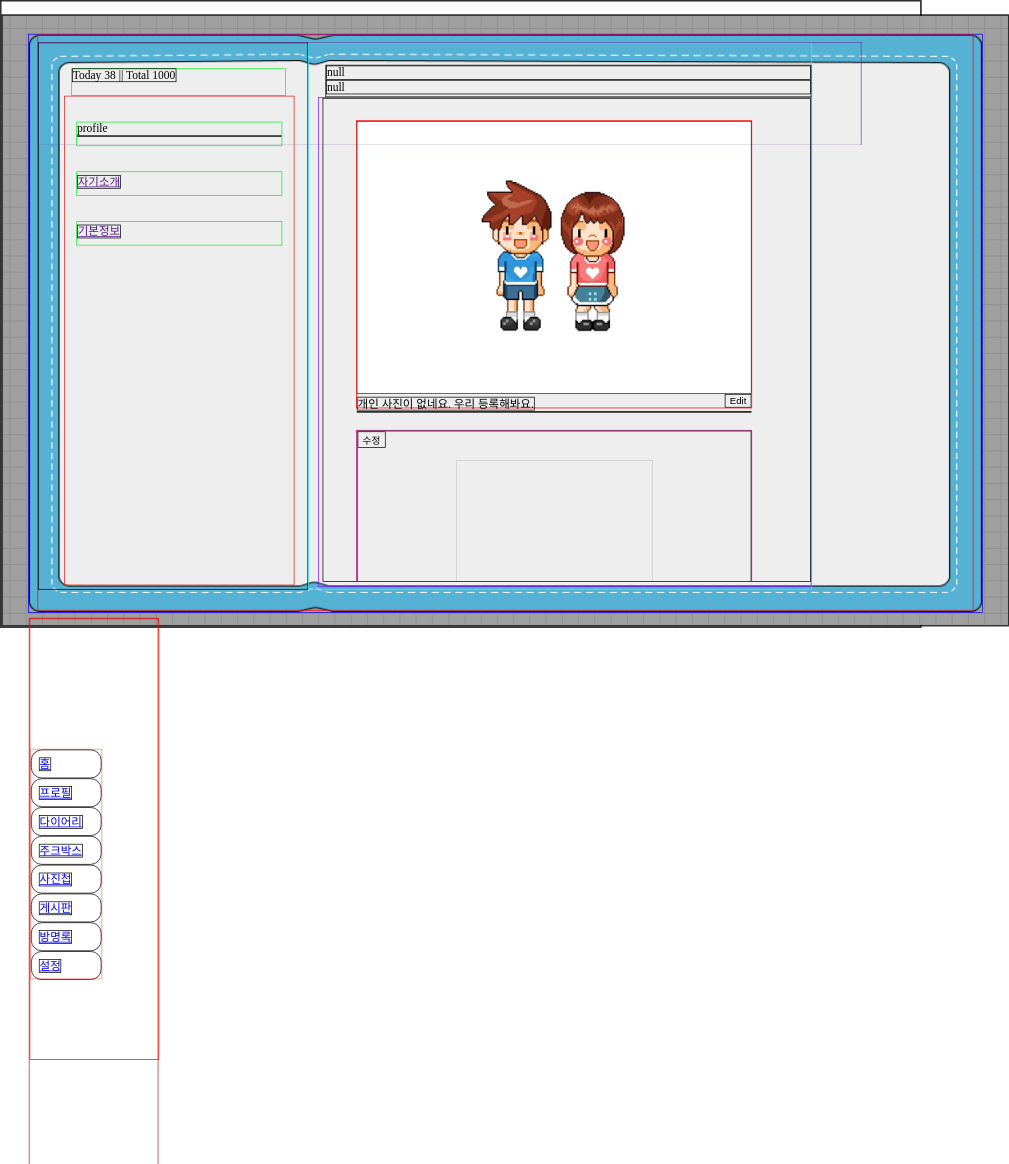
Repository: BBoBBoM/Jsp-workspace
Page: http://localhost/cyworldrenew1/profile.jsp
These files come from the project's save history. The page is drawn as it stood at one moment and after the next save; the edit follows.
The browser window is 1280 px wide. The page is 1401 px wide, so the pictures cover 1401 px, including what lies to the right of the window. The pictures show the whole page, at 72% of full size.
An inner scrolling area shows only its first screen. The page is served by Tomcat 9. Queries for data that is not in the repository find no rows.

Above is the page before, as saved 2023-05-31 07:13:51.
Console error: SyntaxError: Invalid or unexpected token

### cyworldrenew1/src/main/webapp/profile.jsp

<%@ page language="java" contentType="text/html; charset=UTF-8"
	pageEncoding="UTF-8"%>


<%@ page import="java.util.*"%>
<%@ taglib prefix="c" uri="http://java.sun.com/jsp/jstl/core"%>
<%@ taglib prefix="sql" uri="http://java.sun.com/jsp/jstl/sql"%>
<%@ include file="dbconn.jsp"%>



<%
request.setCharacterEncoding("UTF-8");
String user_id = (String) session.getAttribute("sessionId");
PreparedStatement pstmt;
String cyworld_url = null;
String user_mini_subject = null;
String user_miniroom_file = null;
String user_profile_photo = null;
String user_name = "";
String email = "";
String user_hello_word = "";
String user_profile_photo1 = "";
try {
	String sql = "select * from user where user_id=?";
	String sql1 = "select * from profile where user_id=?";
	pstmt = conn.prepareStatement(sql);
	pstmt.setString(1, user_id);
	ResultSet rs = pstmt.executeQuery();
	while (rs.next()) {
		cyworld_url = rs.getString("cyworld_url");
		user_name = rs.getString("user_name");
		email = rs.getString("email");
	}
	pstmt = conn.prepareStatement(sql1);
	pstmt.setString(1, user_id); // user_id 값을 설정해야 합니다.
	ResultSet rs1 = pstmt.executeQuery();
	while (rs1.next()) {
		user_mini_subject = rs1.getString("user_mini_subject");
		user_miniroom_file = rs1.getString("user_miniroom_file");
		user_profile_photo = rs1.getString("user_profile_photo");
		user_profile_photo1 = rs1.getString("user_profile_photo1");
		user_hello_word = rs1.getString("user_hello_word");
	}
} catch (SQLException e) {
	e.printStackTrace();
}
%>
<!DOCTYPE html>
<html>
<head>
<meta charset="UTF-8">
<title>Insert title here</title>
<link href="profile.css" rel="stylesheet" type="text/css" />
</head>



<body>
	<div id="mini_container">
		<div id="mini_background1">
			<div id="mini_background2">
				<div id="all_contentsdiv">
					<div id="left_contentsborderdiv">
						<div id="left_contents_visitrate">
							<label>Today 38 || Total 1000</label>
						</div>
						<div id="profile_contents_div">
							<div id="profile_tag_subject">
								profile
								<hr>
							</div>

							<div id="profile_tag_div1">
								<a href=""> 자기소개</a>
							</div>
							<div id="profile_tag_div2">
								<a href="">기본정보</a>
							</div>
						</div>

					</div>

					<div id="center_contentsdiv">
						<div id="center_subject">
							<p><%=user_mini_subject%></p>
							<p><%=cyworld_url%></p>
						</div>
						<div id="center_contentsdiv1">
							<div id="center_contents">
								<div id="center_profile_img">
									<%
									if (user_profile_photo1 == null || user_profile_photo1.equals("")) {
									%>
									<img id="profileimg1" src="userprofileimg/profile_default.jpg">
									<label>개인 사진이 없네요. 우리 등록해봐요.</label>
									<%
									} else {
									%>
									<img id="profileimg1"
										src="userprofileimg/<%=user_profile_photo1%>">
									<%
									}
									%>

									<form id="formtag" action="add_profileimg1.jsp" method="post"
										enctype="multipart/form-data">
										<button id="edit_button" type="button" onclick="selectFile()">Edit</button>
										<input type="submit" id="edit_input" value="edit"
											style="display: none;"> <input type="file"
											id="fileinput" name="fileinput" style="display: none;">
									</form>

									<script>
											// 파일 선택 창 열기 및 자동 전환
											function selectFile() {
												document.getElementById(
														'fileinput').click();
											}

											// 파일이 선택되었을 때 자동으로 페이지 전환
											document
													.getElementById('fileinput')
													.addEventListener(
															'change',
															function() {
																document
																		.getElementById(
																				'edit_input')
																		.click();
															});
										</script>



								</div>
								<div id="center_profile_content">




									<div id="profile_introduce_border1">

										<button id="profile_introduce" onclick="showTextArea()">수정</button>

										<div id="fileContent"></div>
									</div>
									<div id="profile_introduce_border2">
										<form action="saveText.jsp">

											<button onclick="saveText();">저장</button>
											<button onclick="cancelEdit();">취소</button>
											<textarea id="filecontent_textarea" name="filecontent_textarea"></textarea>
										</form>
									</div>
								</div>

								<script>

								document.addEventListener("DOMContentLoaded", function() {
								    var fileContentDiv = document.getElementById("fileContent");
								    var xhr = new XMLHttpRequest();
								    xhr.open("GET", "introduceText/<%=user_id%>.txt", true); // 표시할 파일의 경로와 파일명을 지정합니다.
								    xhr.onreadystatechange = function() {
								        if (xhr.readyState === 4 && xhr.status === 200) {
								            fileContentDiv.textContent = xhr.responseText;
								        }
								    };
								    xhr.send();
								});

	function showTextArea() {
		document
				.getElementById('profile_introduce_border1').style.display = 'none';
		document.getElementById('profile_introduce_border2').style.display = 'block';

        var fileContentDiv = document.getElementById("filecontent_textarea");
        var xhr = new XMLHttpRequest();
        xhr.open("GET", "introduceText/<%=user_id%>
									.txt",
														true); // 표시할 파일의 경로와 파일명을 지정합니다.
										xhr.onreadystatechange = function() {
											if (xhr.readyState === 4
													&& xhr.status === 200) {
												fileContentDiv.textContent = xhr.responseText;
											}
										};
										xhr.send();
									}


    function saveText() {
        var fileContent = document.getElementById("filecontent_textarea").value;

        var xhr = new XMLHttpRequest();
        xhr.open("POST", "saveText.jsp", true); // 데이터를 전송할 JSP 파일 경로를 지정합니다.
        xhr.setRequestHeader("Content-Type", "application/x-www-form-urlencoded");
        xhr.onreadystatechange = function() {
            if (xhr.readyState === 4 && xhr.status === 200) {
                // 저장 완료 후 처리할 로직을 추가합니다.
            }
        };
        xhr.send("text=" + encodeURIComponent(fileContent)); // 데이터를 전송합니다.

        document.getElementById('profile_introduce_border2').style.display = 'none';
        document.getElementById('profile_introduce_border1').style.display = 'block';
    }




									function cancelEdit() {
										document
												.getElementById('profile_introduce_border2').style.display = 'none';
										document
												.getElementById('profile_introduce_border1').style.display = 'block';
									}
								</script>

							</div>
						</div>

					</div>

				</div>
				<div id="right_contentsdiv_border">
					<div id="right_contentsdiv">
						<div id="right_music"></div>
						<div id="right_menu">
							<div>
								<input type="radio" id="home" class="radioG" name="radio1"
									style="display: none;"> <a href="index.jsp"
									target="_parent">홈</a>
							</div>
							<div>
								<input type="radio" id="profile" class="radioG" name="radio1"
									style="display: none;"> <a href="profile.jsp"
									target="_parent">프로필</a>
							</div>
							<div>
								<input type="radio" id="diary" class="radioG" name="radio1"
									style="display: none;"> <a href="diary.jsp"
									target="_parent">다이어리</a>
							</div>
							<div>
								<input type="radio" id="musicbox" class="radioG" name="radio1"
									style="display: none;"> <a href="index.html"
									target="_parent">주크박스</a>
							</div>
							<div>
								<input type="radio" id="photo" class="radioG" name="radio1"
									style="display: none;"> <a target="_parent"
									href="photo.jsp">사진첩</a>
							</div>
							<div>
								<input type="radio" id="board" class="radioG" name="radio1"
									style="display: none;"> <a target="_parent"
									href="index.html">게시판</a>
							</div>
							<div>
								<input type="radio" id="visitboard" class="radioG" name="radio1"
									style="display: none;"> <a target="_parent"
									href="visit_board.jsp">방명록</a>
							</div>
							<div>
								<input type="radio" id="settion" class="radioG" name="radio1"
									style="display: none;"> <a target="_parent"
									href="index.html">설정</a>
							</div>
						</div>
					</div>
				</div>


			</div>
		</div>
	</div>


</body>
</html>

### cyworldrenew1/src/main/webapp/dbconn.jsp
<%@ page language="java" contentType="text/html; charset=UTF-8"
	pageEncoding="UTF-8"%>
<%@ page import="java.sql.*"%>
<%
	Connection conn = null;

	try {
		String url = "jdbc:mysql://localhost:3306/cyworld";
		String user = "root";
		String password = "1111";

		Class.forName("com.mysql.jdbc.Driver");
		conn = DriverManager.getConnection(url, user, password);

	} catch (SQLException ex) {
		out.println("데이터베이스 연결이 실패되었습니다.<br>");
		out.println("SQLException: " + ex.getMessage());
	}

%>

### cyworldrenew1/src/main/webapp/profile.css
* {
	margin: 0 auto;
	box-sizing: border-box;
	list-style: none;
	border: 1px solid black;
}

#mini_container {
	width: 1400px;
	height: 850px;
	border: 1px solid;
	position: relative;
}

#mini_background1 {
	width: 100%;
	height: 100%;
	background: url(background/background.png) no-repeat center;
	background-size: cover;
	position: absolute;
}

#mini_background2 {
	width: 95%;
	height: 95%;
	margin-top: 25px;
	border: 1px solid blue;
	background: url(background/outer.png) no-repeat center;
	background-size: cover;
	background-size: 100% 100%;
}

#all_contentsdiv {
	width: 1300px;
	height: 800px;
	border: 1px solid red;
}

#left_contentsborderdiv {
	float: left;
	margin-top: 10px;
	width: 375px;
	border: 1px solid;
	height: 760px;
}

#center_contentsdiv {
	margin-top: 10px;
	box-sizing: border-box;
	margin-right: 0px;
	width: 700px;
	float: left;
	height: 760px;
	border: 1px solid rgb(63, 231, 236);
}

#center_subject {
	margin-left: 23px;
	height: 6%;
	border: 1px solid;
	margin-top: 30px;
}

#left_contents_visitrate {
	margin-left: 45px;
	margin-top: 35px;
	margin-bottom: 0px;
	width: 80%;
	height: 5%;
	border: 1px solid rgb(6, 243, 38);
}

#right_contentsdiv_border {
	width: 180px;
	height: 760px;
floast:right;
	margin: 10px 0px;
	padding: 0px;

	border: 1px solid brown;

}

#right_contentsdiv {
	width: 180px;
	height: 613px;
	float: left;
	border: 1px solid red;
	float:left;
}

#right_menu {
	width: 100px;
	height: 320px;
	border: 1px solid salmon;
	margin-top: 180px;
	float: left;
}

#right_menu>div {
	padding: 5px;
	height: 40px;
	border-radius: 15px;
}

#right_menu>div>a {
	margin-left: 5px;
	line-height: 30px;
}

#right_music {
	position: absolute;
	margin-left: 10px;
	top: 36px;
	width: 82%;
	height: 17%;
	border: 1px solid rebeccapurple;
}

#profile_contents_div {
	margin-right: 0px;
	padding: 0px;
	width: 320px;
	margin-left: 35px;
	height: 680px;
	border: 1px solid rgb(219, 34, 34);
}

#profile_tag_subject, #profile_tag_div1, #profile_tag_div2 {
	margin-top: 35px;
	margin-bottom: 0px;
	width: 90%;
	height: 5%;
	border: 1px solid rgb(6, 243, 38);
}

#center_contentsdiv1 {
	width: 685px;
	float: left;
	height: 680px;
	border: 1px solid rgb(109, 30, 255);
	margin-left: 13px;
}

#center_contents {
	margin-left: 5px;
	word-wrap: break-word;
	overflow-y: scroll;
	height: 99%;
	border: 1px solid;
}

#center_profile_img {
	width: 550px;
	height: 400px;
	border: 1px solid red;
	margin-left: 45px;
	margin-top: 30px;
	position: relative;
}

#center_profile_content {
	width: 550px;
	height: 400px;
	border: 1px solid rgb(233, 19, 161);
	margin-left: 45px;
	margin-top: 30px;
}

#profileimg1 {
	width: 100%;
	height: 95%;
	background-position: center;
	background-repeat: no-repeat;
	background-size: cover;
}

#edit_button {
	position: absolute;
	bottom: 0%;
	right: 0%;
}

#fileContent {

	width: 50%;
	height: 80%;
	border: 1px solid #ccc;
	padding: 10px;
	white-space: pre-wrap;
	overflow-y: auto;
margin-top:3%;
}

#filecontent_textarea{
	margin-left:5%;
	width: 50%;
	height: 80%;
	border: 1px solid #ccc;
	padding: 10px;
	white-space: pre-wrap;
	overflow-y: auto;
margin-top:3%;}

After the next save:
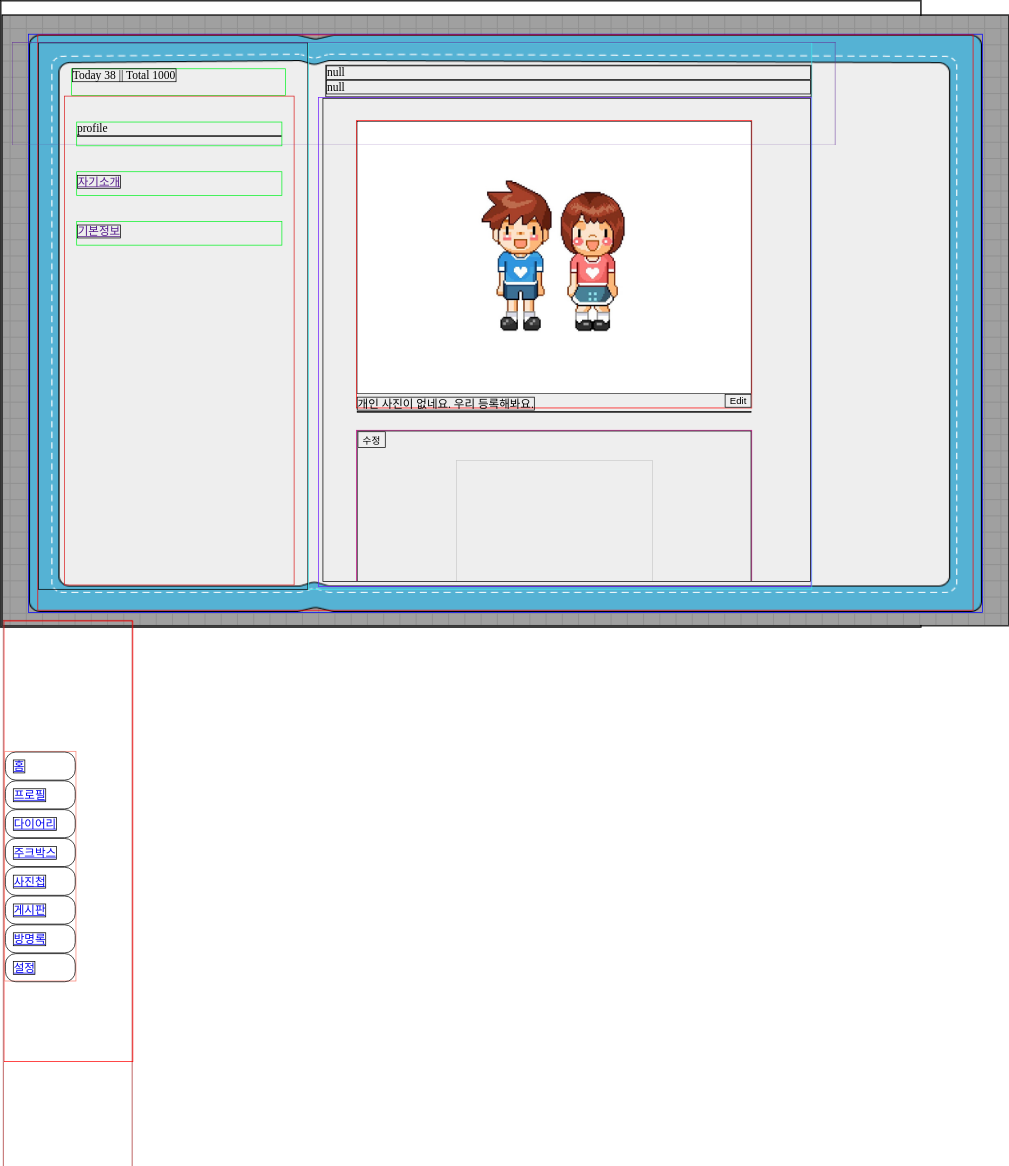
Saved 25 s later.
--- a/cyworldrenew1/src/main/webapp/profile.jsp
+++ b/cyworldrenew1/src/main/webapp/profile.jsp
@@ -223,7 +223,7 @@ try {
 
 					</div>
 
-				</div>
+				</div></div>
 				<div id="right_contentsdiv_border">
 					<div id="right_contentsdiv">
 						<div id="right_music"></div>
